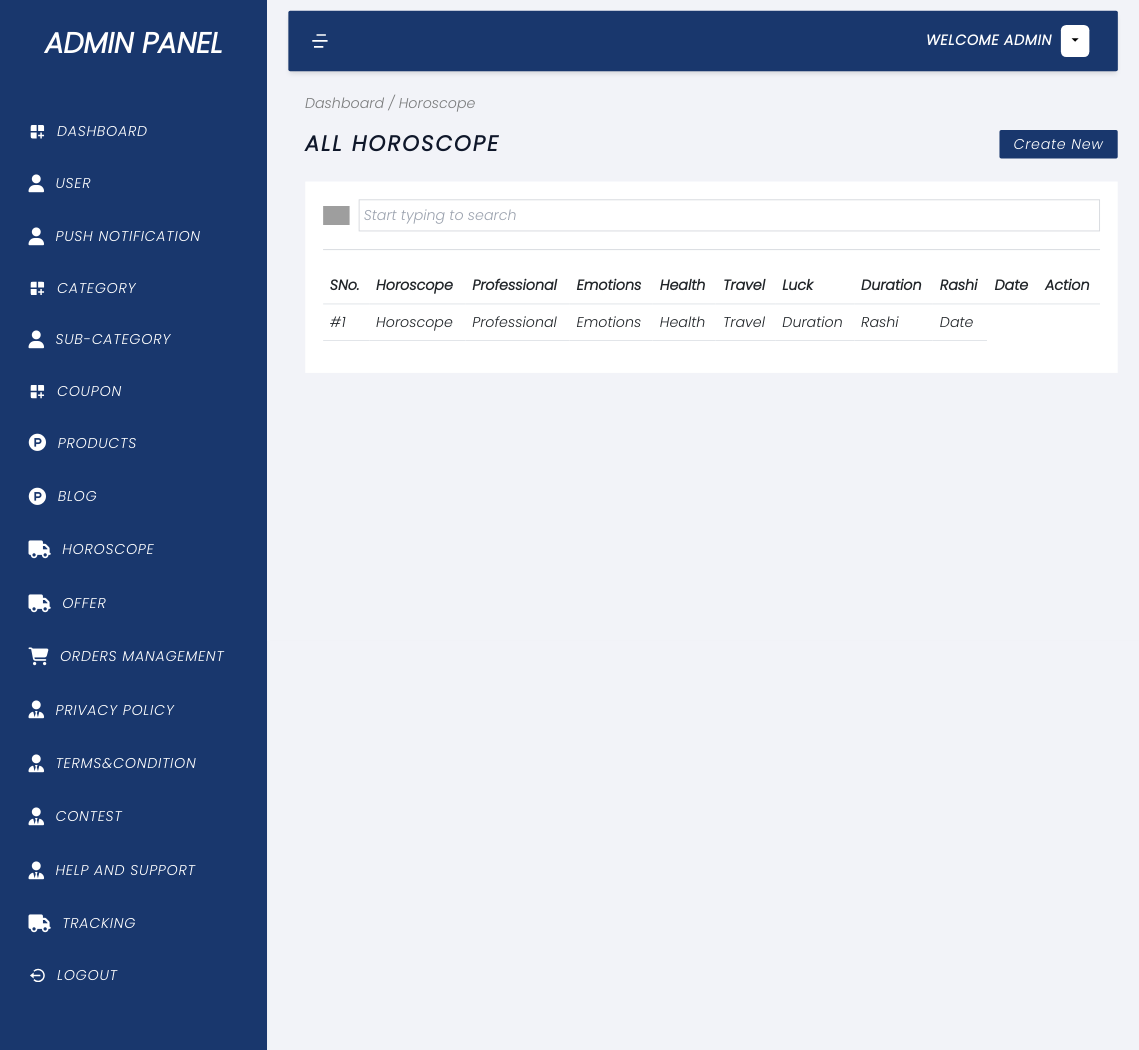
Repository: arpanmalik/project-khanna
Page: /VendorList
An editor plug-in stored every save of this project. The page is shown before and after a run of saves, followed by the edit.
The browser window is 1280 px wide. The pictures show the whole page, at 89% of full size.
Pictures or frames that could not be fetched are drawn as grey boxes. The page's requests for data from a server got no answer. Some web libraries are served in a nearby version. The project was rebuilt for these pictures with package versions that can differ from the ones it lists, and the page was loaded fresh each time. No one was signed in, and anything a server would have sent is missing. Also part of the build but not shown: src/E-CommerceAdmin/forms/Login.jsx, src/E-CommerceAdmin/pages/Dashboard.jsx, src/E-CommerceAdmin/pages/ECategory.js, src/E-CommerceAdmin/pages/EProduct.js, src/E-CommerceAdmin/pages/EAdminOrders.js, src/E-CommerceAdmin/pages/EAdminProduct.js, src/E-CommerceAdmin/pages/EAdminDelivery.js, src/E-CommerceAdmin/pages/EAdminCustomer.js and 11 more.

Above is the page before, as saved 2023-05-16 17:31:01.

After the next 2 saves:
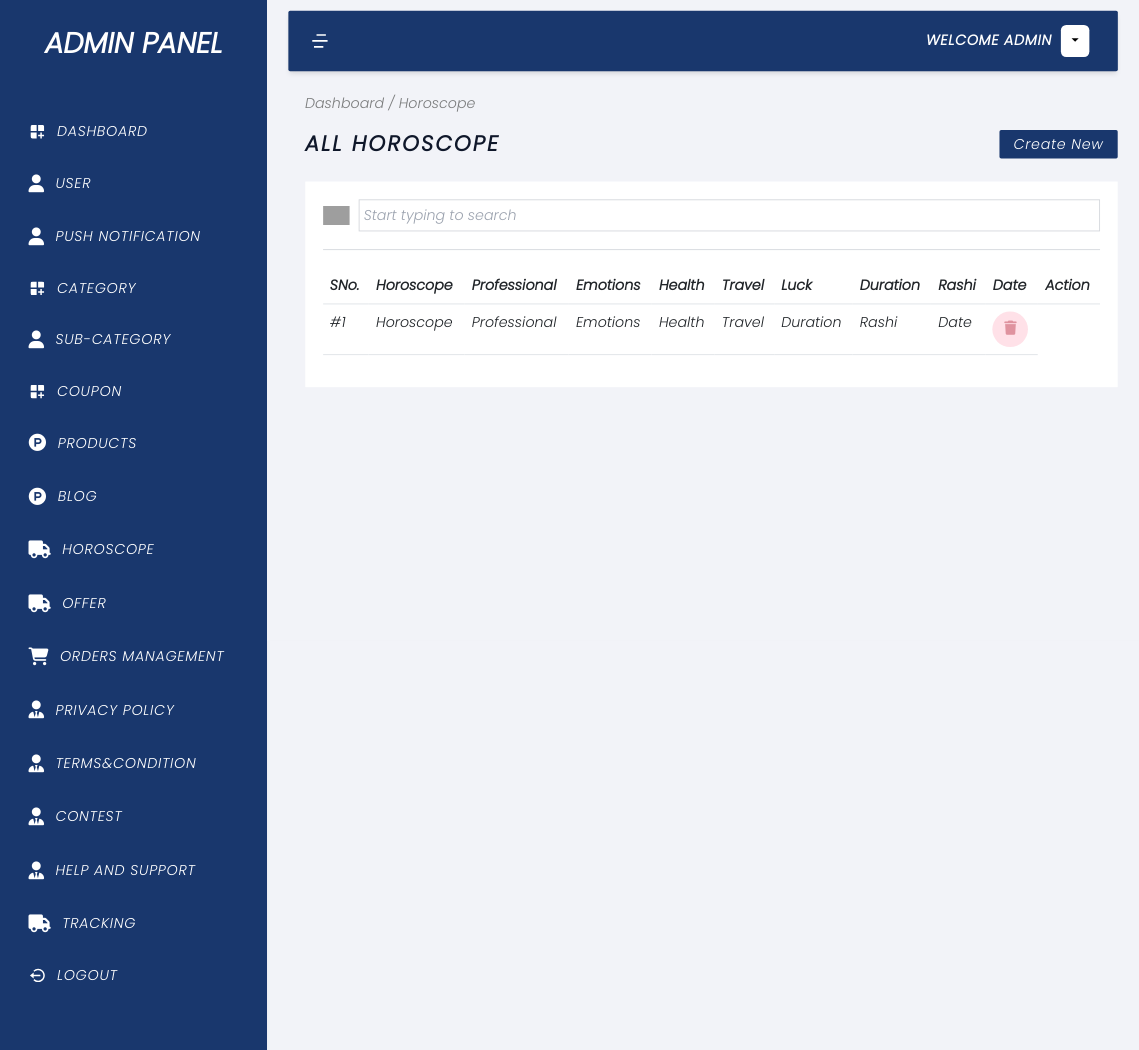
The 2 saves are shown as one change because they came seconds apart.
The last was saved 15 s later.
--- a/src/E-CommerceAdmin/pages/EVendorList.js
+++ b/src/E-CommerceAdmin/pages/EVendorList.js
@@ -252,6 +252,9 @@ const EVendorList = () => {
               <td> Duration </td>
               <td>Rashi  </td>
               <td>Date  </td>
+              <td>
+                <i className="fa-solid fa-trash" />
+              </td>
              </tr>
                 </tbody>
               </Table>
